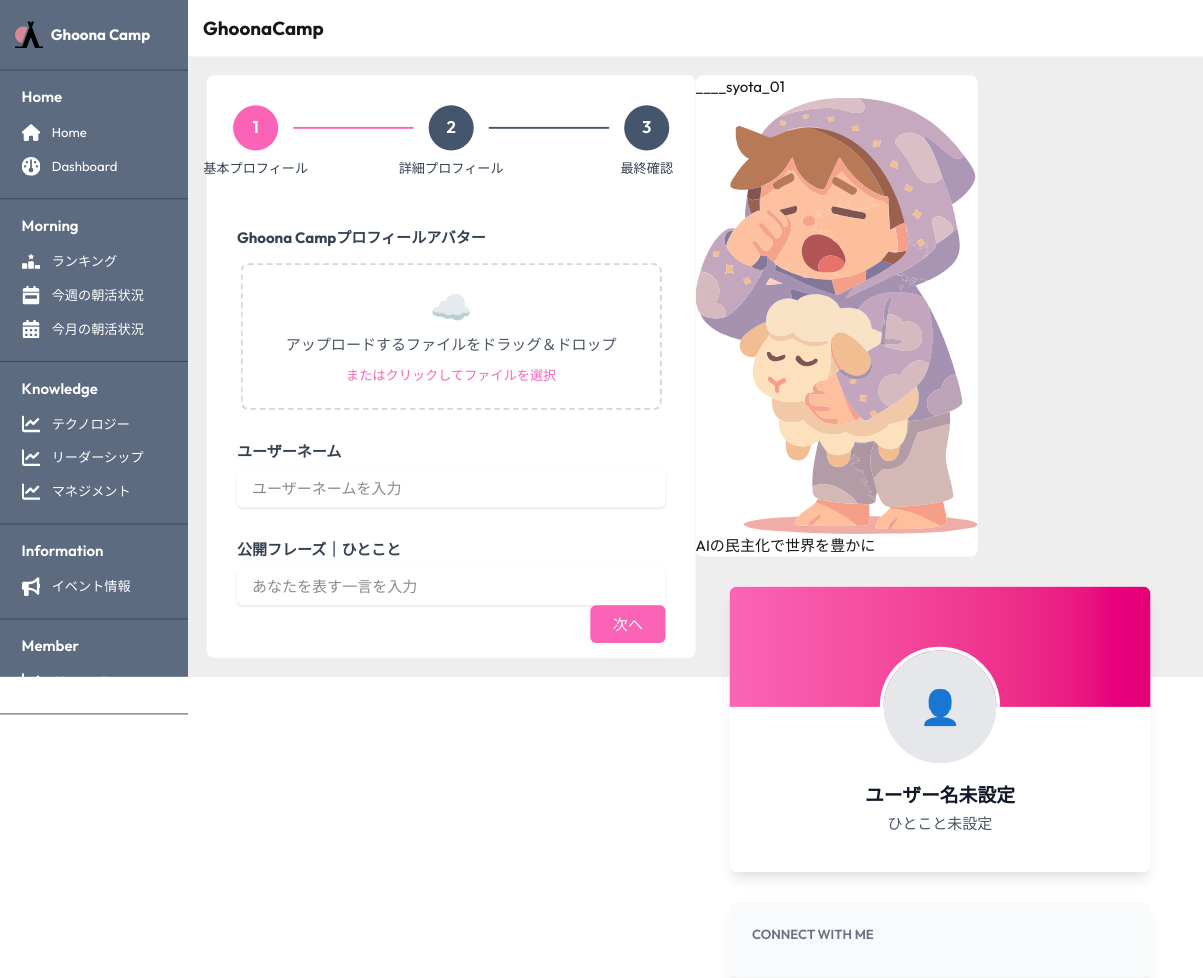
Repository: ShotaGhoona/ghoonacamp_platform
Page: /setting/profile
These files come from the project's save history. The page is drawn as it stood at one moment and after the next save; the edit follows.
The browser window is 1280 px wide. The pictures show the whole page, at 94% of full size.
The page's requests for data from a server got no answer. The project was rebuilt for these pictures with package versions that can differ from the ones it lists, and the page was loaded fresh each time. Some packages were replaced by stand-ins written for this rebuild. The framework's server and built-in components were replaced by stand-ins that run in the browser. No one was signed in, and anything a server would have sent is missing. Also part of the build but not shown: next.config.js, src/features/setting/profile/display/DetailProfileForm.tsx, src/features/setting/profile/display/ConfirmationView.tsx.

Above is the page before, as saved 2025-04-29 14:37:17.

After the next save:
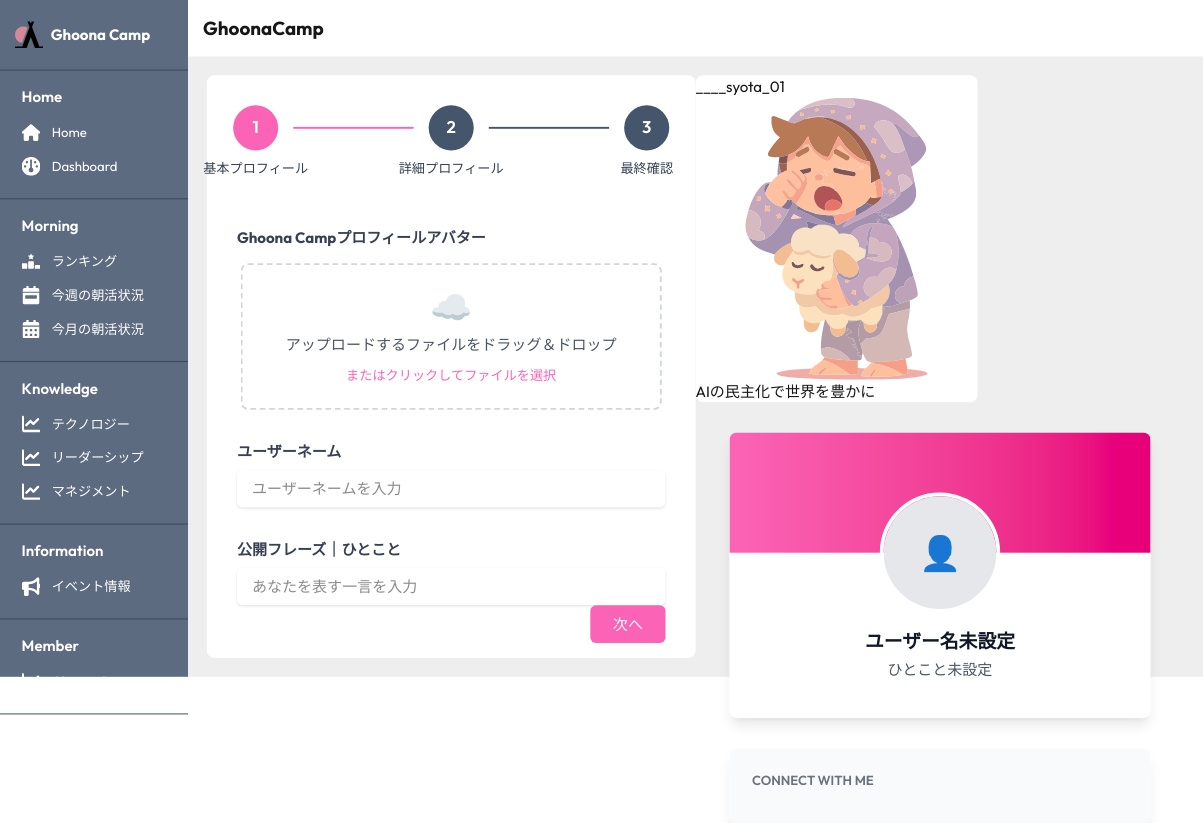
Saved 12 s later.
--- a/src/components/common/profileCard.tsx
+++ b/src/components/common/profileCard.tsx
@@ -5,7 +5,7 @@ export const ProfileCard = () => {
         <p>____syota_01</p>
       </div>
       <div>
-        <img src="/svg/tier/2.svg" alt="" className="w-full h-auto"/>
+        <img src="/svg/tier/2.svg" alt="" className="w-full h-auto aspect-square"/>
       </div>
       <div>
         <p>AIの民主化で世界を豊かに</p>
